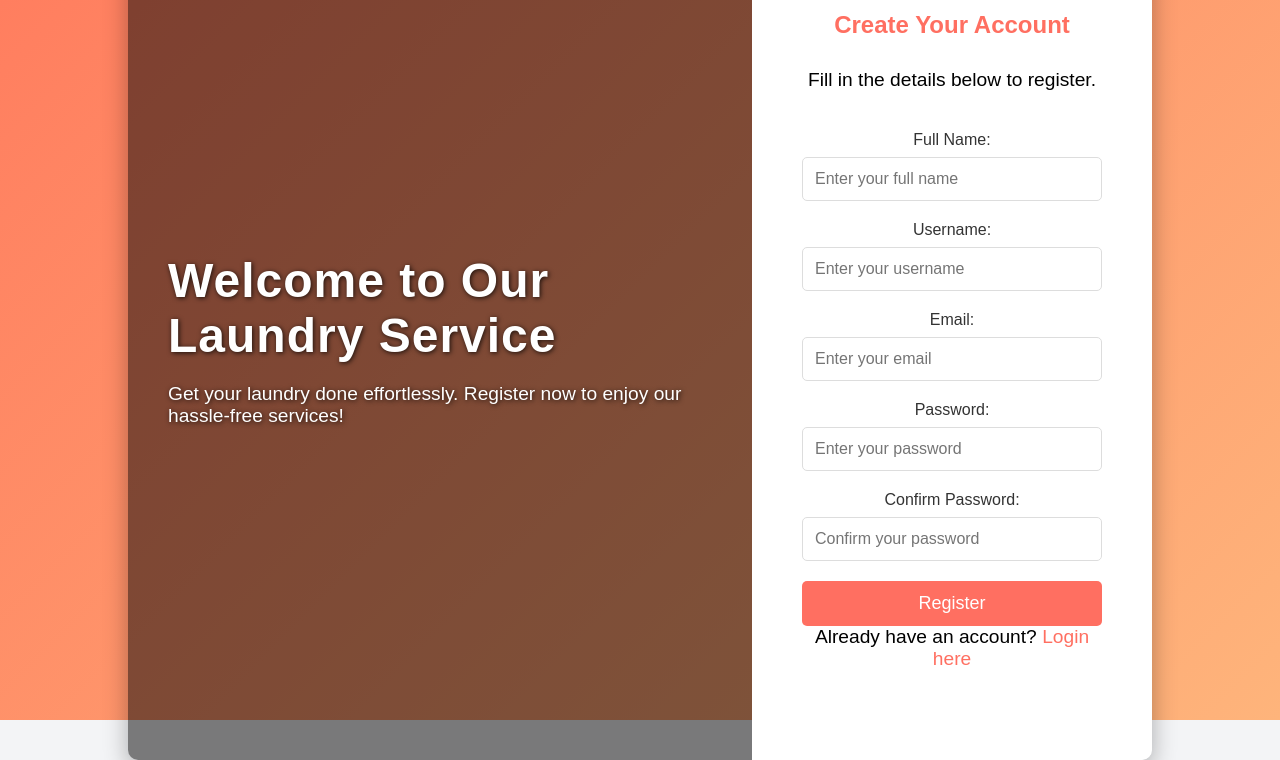
Repository: wmrmweerakoon/Online-Laundry-Management-System
Page: http://localhost/LaundryManagementSystem/Register.jsp
These files come from the project's save history. The page is drawn as it stood at one moment and after the next save; the edit follows.
The browser window is 1280 px wide. The pictures show the whole page.
The page is served by Tomcat 9.

Above is the page before, as saved 2024-10-13 10:54:08.

After the next save:
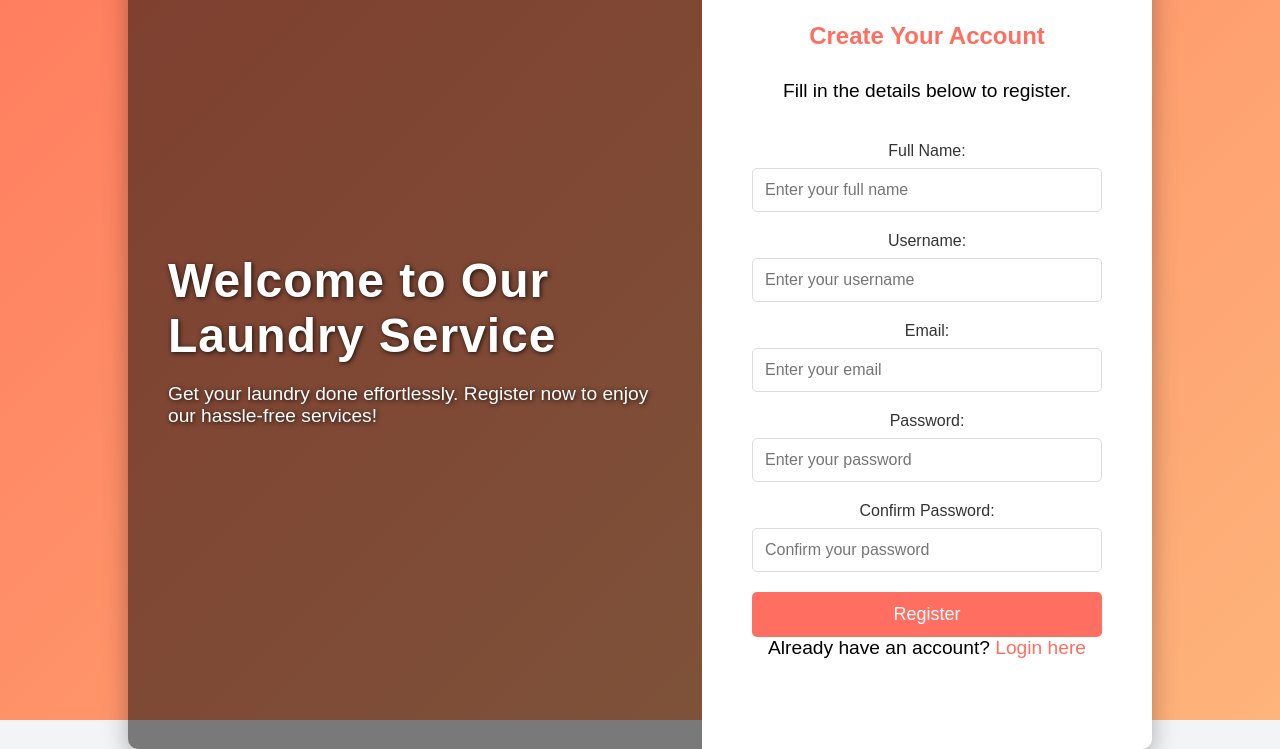
Saved 2 min 35 s later.
--- a/Projects/LaundryManagementSystem/src/main/webapp/Register.jsp
+++ b/Projects/LaundryManagementSystem/src/main/webapp/Register.jsp
@@ -7,7 +7,7 @@
     <title>Register - Online Laundry Management System</title>
 
     <style>
-    	/* Reset default styles */
+/* Reset default styles */
 * {
     box-sizing: border-box;
     margin: 0;
@@ -77,7 +77,7 @@ p {
     padding: 50px;
     border-radius: 0 10px 10px 0;
     text-align: center;
-    width: 400px;
+    width: 450px; /* Increased width from 400px to 450px */
 }
 
 /* Form heading */

After the 2 saves that followed:
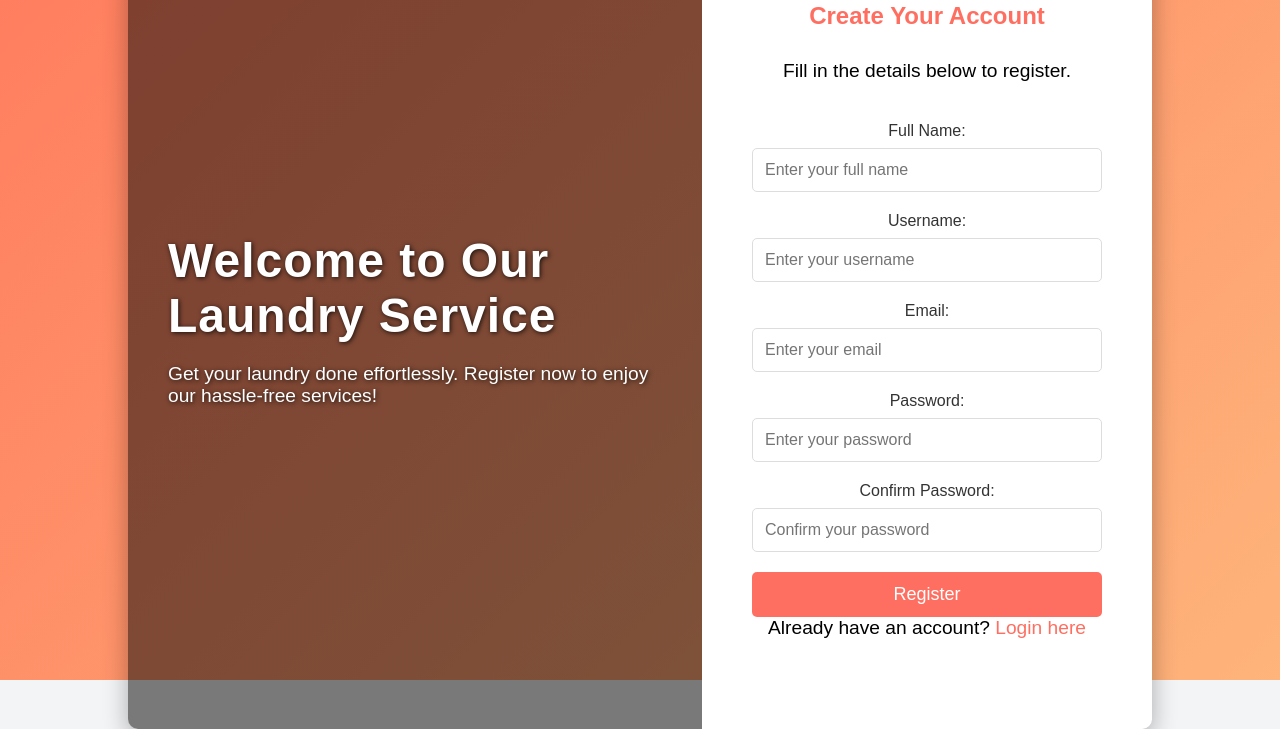
The 2 saves are shown as one change because 1 left the picture as it was.
The last was saved 3 min 51 s later.
--- a/Projects/LaundryManagementSystem/src/main/webapp/Register.jsp
+++ b/Projects/LaundryManagementSystem/src/main/webapp/Register.jsp
@@ -8,6 +8,8 @@
 
     <style>
 /* Reset default styles */
+/* Reset default styles */
+/* Reset default styles */
 * {
     box-sizing: border-box;
     margin: 0;
@@ -28,9 +30,10 @@ body {
     display: flex;
     justify-content: center;
     align-items: center;
-    height: 100vh;
+    height: calc(100vh - 40px); /* Reduce height for spacing */
     position: relative;
     animation: gradientBG 5s ease infinite alternate; /* Animation similar to login */
+    padding: 20px 0; /* Add padding to create space at the top and bottom */
 }
 
 @keyframes gradientBG {
@@ -167,6 +170,7 @@ p a:hover {
     }
 }
 
+
     </style>
 
 </head>
